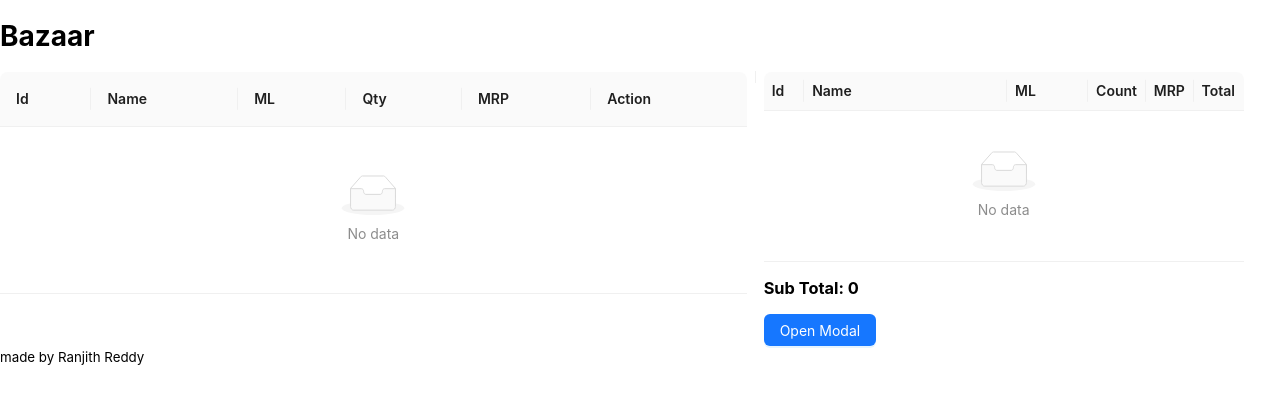
Repository: rxg8255/bazaar
Page: /
An editor plug-in stored every save of this project. The page is shown before and after the next save, followed by the edit.
The browser window is 1280 px wide. The pictures show the whole page.
The page's requests for data from a server got no answer. The project was rebuilt for these pictures with package versions that can differ from the ones it lists, and the page was loaded fresh each time. No one was signed in, and anything a server would have sent is missing. Also part of the build but not shown: src/App.css, src/Child.js, src/Parent.js.

Above is the page before, as saved 2024-01-29 23:03:10.

### src/index.js
import React from "react";
import ReactDOM from "react-dom/client";
import "./index.css";
import App from "./App";
import reportWebVitals from "./reportWebVitals";
import Parent from "./Parent";

const root = ReactDOM.createRoot(document.getElementById("root"));
root.render(
  <React.StrictMode>
    <App />
  </React.StrictMode>
);

// If you want to start measuring performance in your app, pass a function
// to log results (for example: reportWebVitals(console.log))
// or send to an analytics endpoint. Learn more: https://bit.ly/CRA-vitals
reportWebVitals();

### src/App.js
import Cart from "./Cart";
import "./App.css";
import Product from "./Products";
import { Row, Col, Divider } from "antd";
import React, { useState } from "react";
import Parent from "./Parent";

function App() {
  const [items, setItems] = useState([]);
  const [subTotal, setSubTotal] = useState(0.0);

  const addData = (item) => {
    setItems((prevItems) => {
      // Check if the item already exists in the array
      const exists = prevItems.some((prevItem) => prevItem.key === item.key);

      // If it exists, return a new array with the updated count of the item
      if (exists) {
        return prevItems.map((prevItem) => {
          // Check if the available quantity is less than the desired count
          if (prevItem.available < prevItem.count + 1) {
            // Throw an alert with a message
            return prevItem.key === item.key
              ? { ...prevItem, count: prevItem.count }
              : prevItem;
          }
          setSubTotal(parseFloat(item.mrp_price) + subTotal);
          return prevItem.key === item.key
            ? {
                ...prevItem,
                count: prevItem.count + 1,
                total_price: (prevItem.count + 1) * prevItem.mrp_price,
              }
            : prevItem;
        });
      } else {
        item.count = 1;
        item.total_price = item.mrp_price;
        setSubTotal(parseFloat(item.mrp_price) + subTotal);
      }

      // If it does not exist, return a new array with the item added
      return [...prevItems, item];
    });

    console.log("You added item:", item);
    // setItems([...items, item]);
    console.log("Cart data after adding item", items);
  };

  return (
    <div className="container">
      <Row>
        <Col span={24}>
          <h1>Bazaar</h1>
        </Col>
      </Row>
      <Row>
        <Col span={14}>
          <Product onData={addData} />
        </Col>
        <Divider type="vertical" />
        {/* <Col span={1}></Col> */}
        <Col span={9}>
          <Cart cartListData={items} subTotal={subTotal} />
        </Col>
      </Row>
      <footer>
        <small>made by Ranjith Reddy</small>
      </footer>
    </div>
  );
}

export default App;

### src/Cart.js
import React from "react";
import { Table, Button } from "antd";
import Receipt from "./Receipt";

function Cart({ cartListData, subTotal }) {
  const columns = [
    {
      title: "Id",
      dataIndex: "key",
      width: 40,
      fixed: "left",
    },
    {
      title: "Name",
      dataIndex: "name",
      width: 200,
      fixed: "left",
    },
    {
      title: "ML",
      dataIndex: "quantity",
      width: 80,
      fixed: "left",
    },
    {
      title: "Count",
      dataIndex: "count",
      width: 40,
      fixed: "left",
    },
    {
      title: "MRP",
      dataIndex: "mrp_price",
      width: 40,
      fixed: "left",
    },
    {
      title: "Total",
      dataIndex: "total_price",
      width: 40,
      fixed: "left",
    },
  ];

  // const [cartState, setCartState] = useState(cartListData);
  // useEffect(() => {
  //   console.log("Cart state changed");
  //   setCartState(cartListData);
  // }, [cartListData]);

  const checkOut = (item) => {
    console.log("Bill and set database", cartListData);
  };

  return (
    <div>
      <Table columns={columns} dataSource={cartListData} size="small" />
      <h3>Sub Total: {subTotal}</h3>
      {/* <Button type="primary" onClick={() => checkOut(1)}>
        Checkout
      </Button> */}
      <Receipt />
    </div>
  );
}

export default Cart;

### src/Products.js
import React, { useState, useEffect } from "react";
import axios from "axios";
import { Table, Button } from "antd";
import { PlusCircleFilled } from "@ant-design/icons";

function Product(props) {
  const columns = [
    {
      title: "Id",
      dataIndex: "key",
    },
    {
      title: "Name",
      dataIndex: "name",
    },
    {
      title: "ML",
      dataIndex: "quantity",
    },
    {
      title: "Qty",
      dataIndex: "available",
    },
    {
      title: "MRP",
      dataIndex: "mrp_price",
    },
    {
      title: "Action",
      key: "action",
      render: (text, record, index) => (
        <Button onClick={() => handleButtonClick(record)}>
          Add <PlusCircleFilled />
        </Button>
      ),
    },
  ];

  const [data, setData] = useState([]);

  const handleButtonClick = (record) => {
    console.log("You clicked the button with data", record);
    props.onData(record);
  };

  useEffect(() => {
    const fetchData = async () => {
      // Try to get the data from the API endpoint
      try {
        // Use axios.get to make a GET request with the URL
        const response = await axios.get(
          "http://127.0.0.1:8000/api/inventory/"
        );
        // Set the data state with the response data
        setData(response.data);
      } catch (error) {
        console.error(error);
      }
    };
    fetchData();
  }, []);

  return (
    <div>
      <Table columns={columns} dataSource={data} />
    </div>
  );
}

export default Product;

### src/Receipt.js
import React, { useState } from "react";
import { Button, Modal } from "antd";
const Receipt = () => {
  const [isModalOpen, setIsModalOpen] = useState(false);
  const showModal = () => {
    setIsModalOpen(true);
  };
  const handleOk = () => {
    setIsModalOpen(false);
  };
  const handleCancel = () => {
    setIsModalOpen(false);
  };
  return (
    <>
      <Button type="primary" onClick={showModal}>
        Open Modal
      </Button>
      <Modal
        title="Bazaar Receipt"
        open={isModalOpen}
        onOk={handleOk}
        onCancel={handleCancel}
      >
        <p>Some contents...</p>
        <p>Some contents...</p>
        <p>Some contents...</p>
      </Modal>
    </>
  );
};
export default Receipt;

Loaded but not shown: public/index.html (common file); src/index.css (common file); src/reportWebVitals.js (common file)

After the next save:
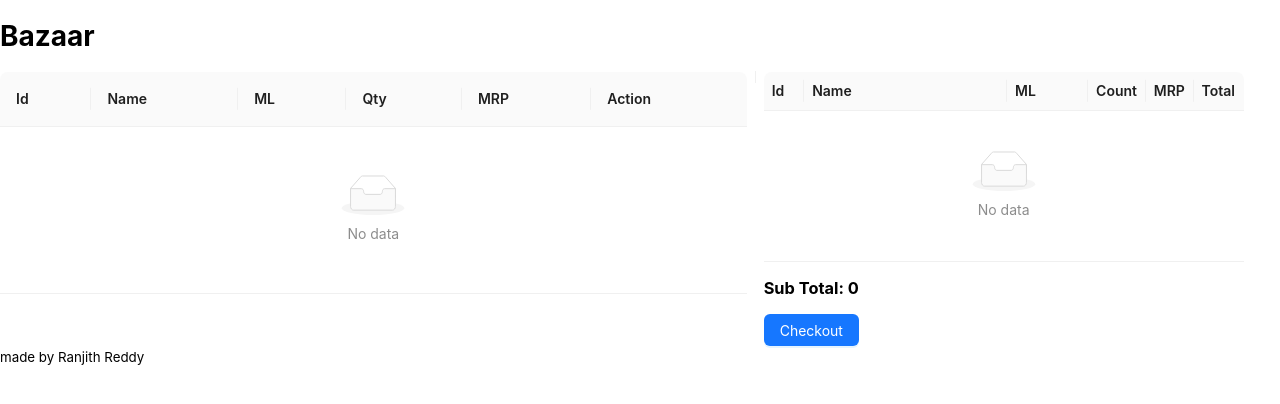
Saved 18 s later.
--- a/src/Receipt.js
+++ b/src/Receipt.js
@@ -14,7 +14,7 @@ const Receipt = () => {
   return (
     <>
       <Button type="primary" onClick={showModal}>
-        Open Modal
+        Checkout
       </Button>
       <Modal
         title="Bazaar Receipt"
